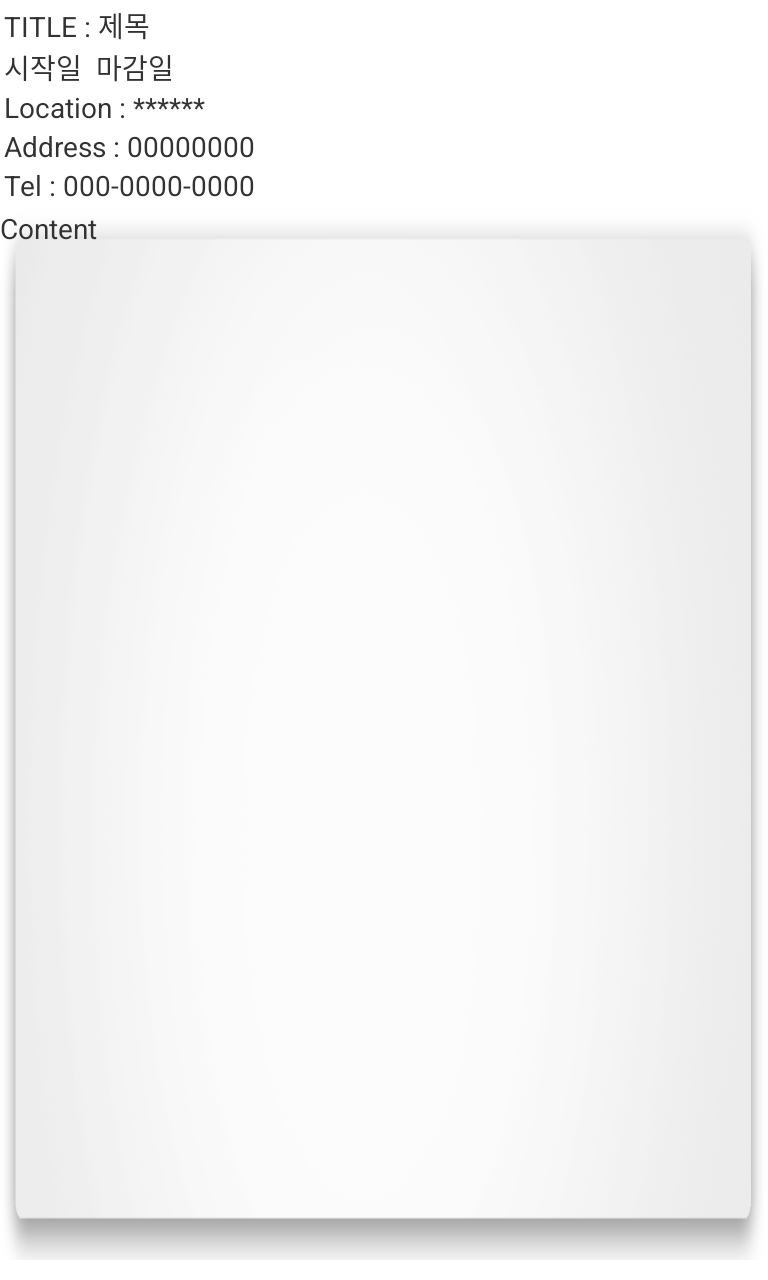
Repository: chlduq04/java
Layout: Culturemap/res/layout/detail.xml
The author's editor kept a copy of each file at every save. The layout is drawn from the files as they stood at one save, then again after the next save.
It is drawn on a 768 x 1280 px phone screen (xhdpi) without system bars, with theme AppTheme; the app's code is not run.

Above is the layout before, as saved 2012-07-23 07:06:39.

After the next save:
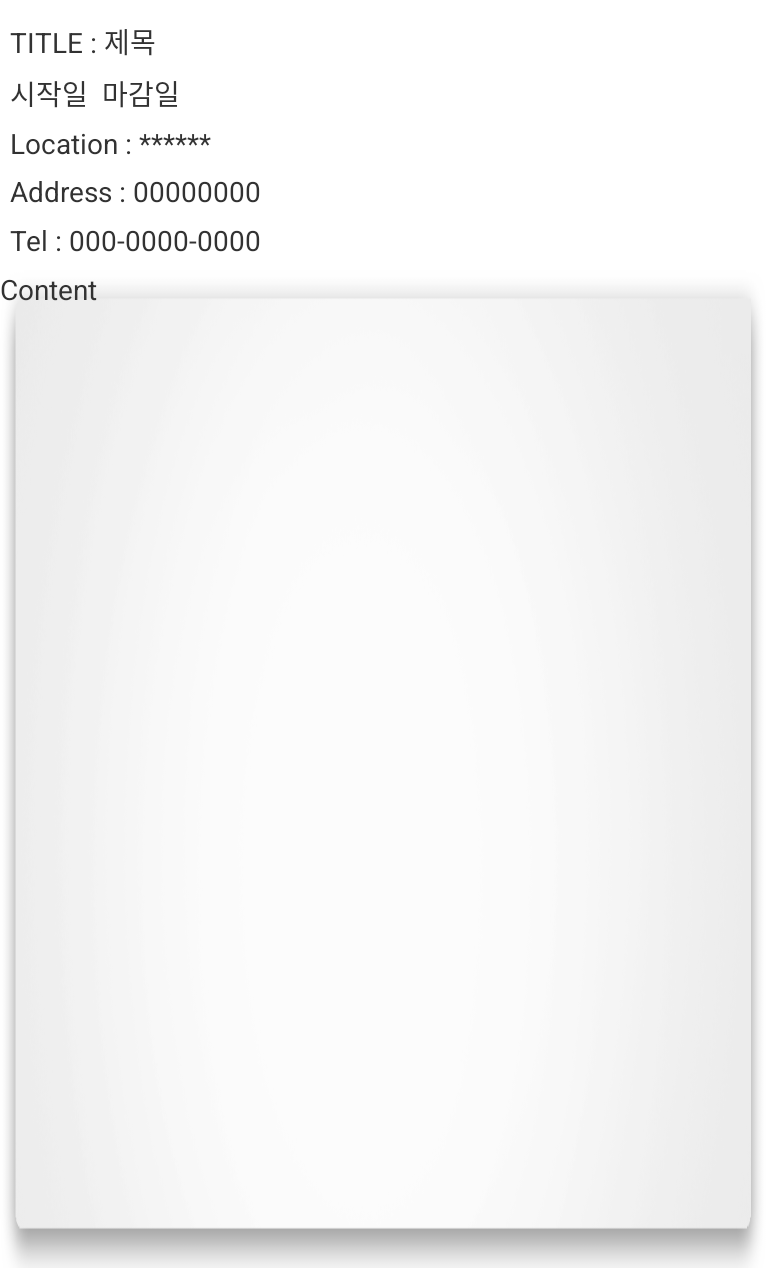
Saved 10 s later.
--- a/Culturemap/res/layout/detail.xml
+++ b/Culturemap/res/layout/detail.xml
@@ -5,7 +5,7 @@
     android:orientation="vertical" >
 
     <LinearLayout
-        android:padding="2dip"
+        android:padding="5dip"
         android:layout_width="match_parent"
         android:layout_height="wrap_content"
         android:layout_weight="0.15"
@@ -14,7 +14,8 @@
         <LinearLayout
             android:layout_width="fill_parent"
             android:layout_height="wrap_content"
-            android:layout_weight="1">
+            android:layout_weight="1"
+            android:paddingTop="5dip" >
 
             <TextView
                 android:layout_width="wrap_content"
@@ -33,7 +34,7 @@
             android:layout_width="fill_parent"
             android:layout_height="wrap_content"
             android:layout_weight="1"
-            >
+            android:paddingTop="5dip" >
 
             <TextView
                 android:layout_width="wrap_content"
@@ -52,7 +53,7 @@
             android:layout_width="fill_parent"
             android:layout_height="wrap_content"
             android:layout_weight="1"
-            >
+            android:paddingTop="5dip" >
 
             <TextView
                 android:layout_width="wrap_content"
@@ -71,7 +72,7 @@
             android:layout_width="fill_parent"
             android:layout_height="wrap_content"
             android:layout_weight="1"
-            >
+            android:paddingTop="5dip" >
 
             <TextView
                 android:layout_width="wrap_content"
@@ -90,7 +91,7 @@
             android:layout_width="fill_parent"
             android:layout_height="wrap_content"
             android:layout_weight="1"
-             >
+            android:paddingTop="5dip" >
 
             <TextView
                 android:layout_width="wrap_content"
